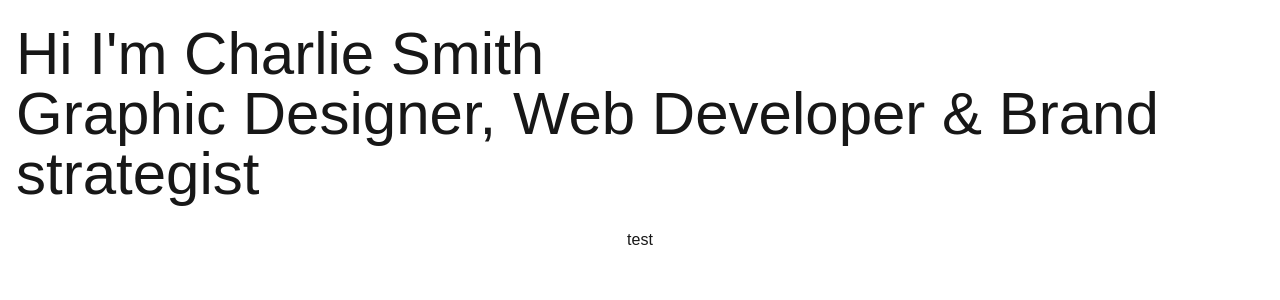
Repository: charlehs/portfolio
Page: /
The author's editor kept a copy of each file at every save. The page is drawn from the files as they stood at one save, then again after the next save.
The browser window is 1280 px wide. The pictures show the whole page.
The project was rebuilt for these pictures with package versions that can differ from the ones it lists, and the page was loaded fresh each time. The framework's server and built-in components were replaced by stand-ins that run in the browser. Also part of the build but not shown: next.config.ts.

Above is the page before, as saved 2025-01-02 16:44:52.

After the next save:
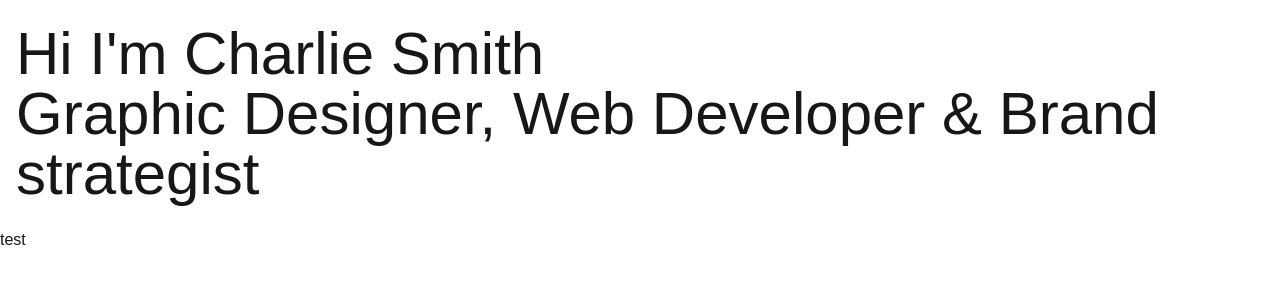
Saved 8 s later.
--- a/app/page.tsx
+++ b/app/page.tsx
@@ -12,9 +12,7 @@ export default function Home() {
           </span>
         </p>
       </main>
-      <footer className="row-start-3 flex gap-6 flex-wrap items-center justify-center">
-        test
-      </footer>
+      <footer className="">test</footer>
     </div>
   );
 }
